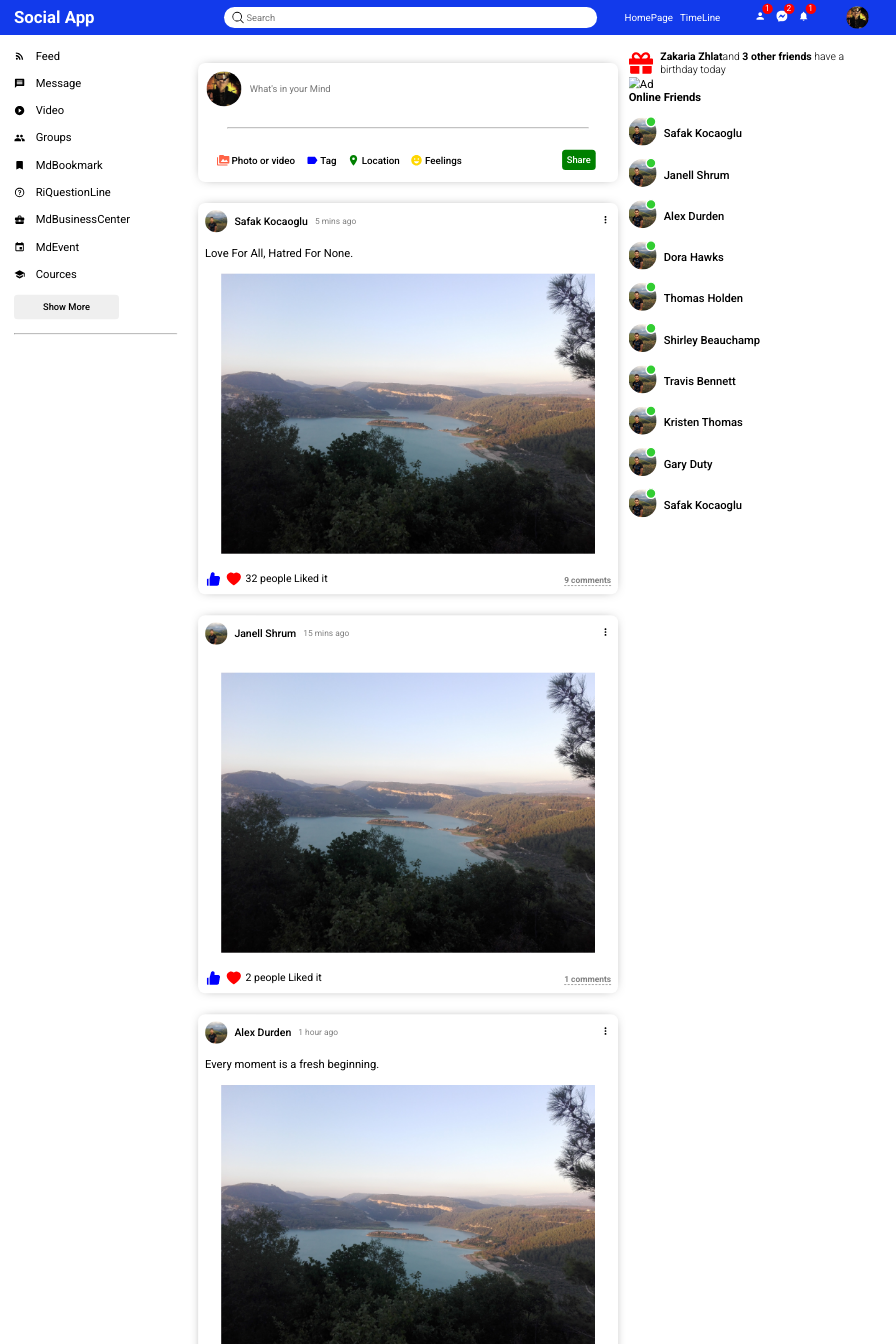
Repository: ZakariaZhlat125/Social-App
Page: /
The author's editor kept a copy of each file at every save. The page is drawn from the files as they stood at one save, then again after the next save.
The browser window is 1280 px wide. The pictures show the part of the page from y = 0 to 1920 px (the page is 6066 px tall), at 70% of full size.
The project was rebuilt for these pictures with package versions that can differ from the ones it lists, and the page was loaded fresh each time. Also part of the build but not shown: vite.config.js, src/components/closeFriend/CloseFriends.css.

Above is the page before, as saved 2023-01-12 00:45:11.

After the next save:
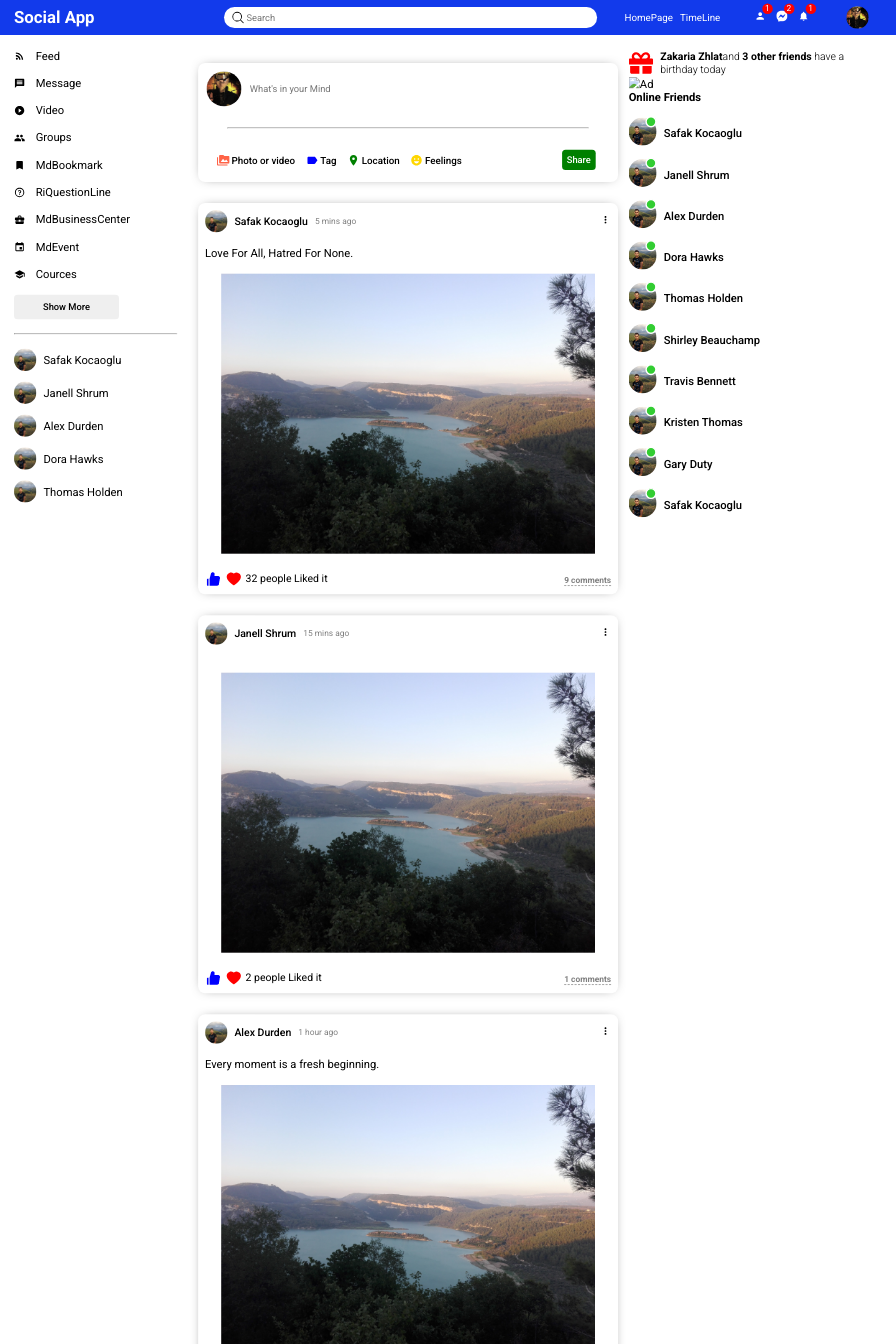
Saved 110 s later.
--- a/src/components/sidebar/Sidebar.jsx
+++ b/src/components/sidebar/Sidebar.jsx
@@ -10,7 +10,8 @@ import {
   MdOutlinePlayCircleFilled,
 } from "react-icons/md";
 import { RiQuestionLine } from "react-icons/ri";
-import profile from "../../assets/profile.jpg";
+import { Users } from "../../dummyData";
+import CloseFriends from "../closeFriend/CloseFriends";
 
 function Sidebar() {
   return (
@@ -65,8 +66,9 @@ function Sidebar() {
         <button className="sidebarButton">Show More</button>
         <hr className="sidebarHr" />
         <ul className="sidebarFirendList">
-
-
+          {Users.map((user) => (
+            <CloseFriends user={user} />
+          ))}
         </ul>
       </div>
     </div>
